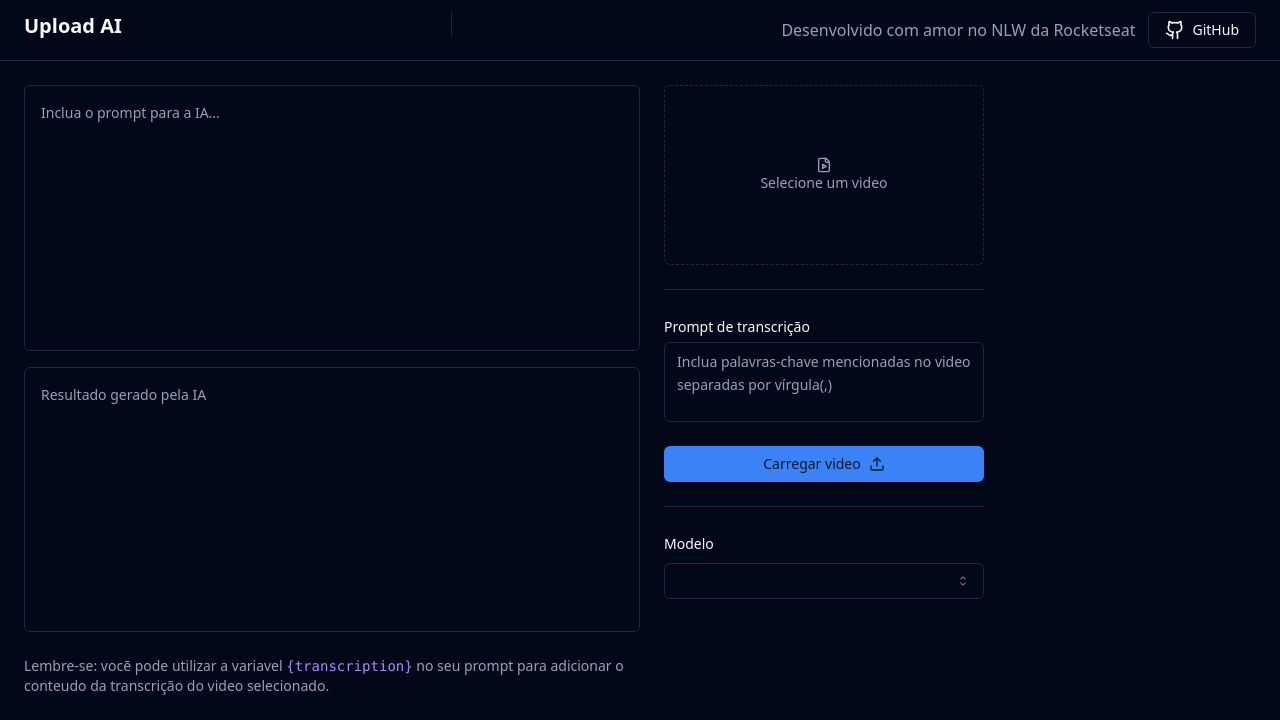
Repository: brksaian/nlw-2023-IA
Page: /
An editor plug-in stored every save of this project. The page is shown before and after the next save, followed by the edit.
The browser window is 1280 px wide. The pictures show the whole page.
The project was rebuilt for these pictures with package versions that can differ from the ones it lists, and the page was loaded fresh each time. Also part of the build but not shown: vite.config.ts.

Above is the page before, as saved 2023-09-12 22:50:15.

After the next save:
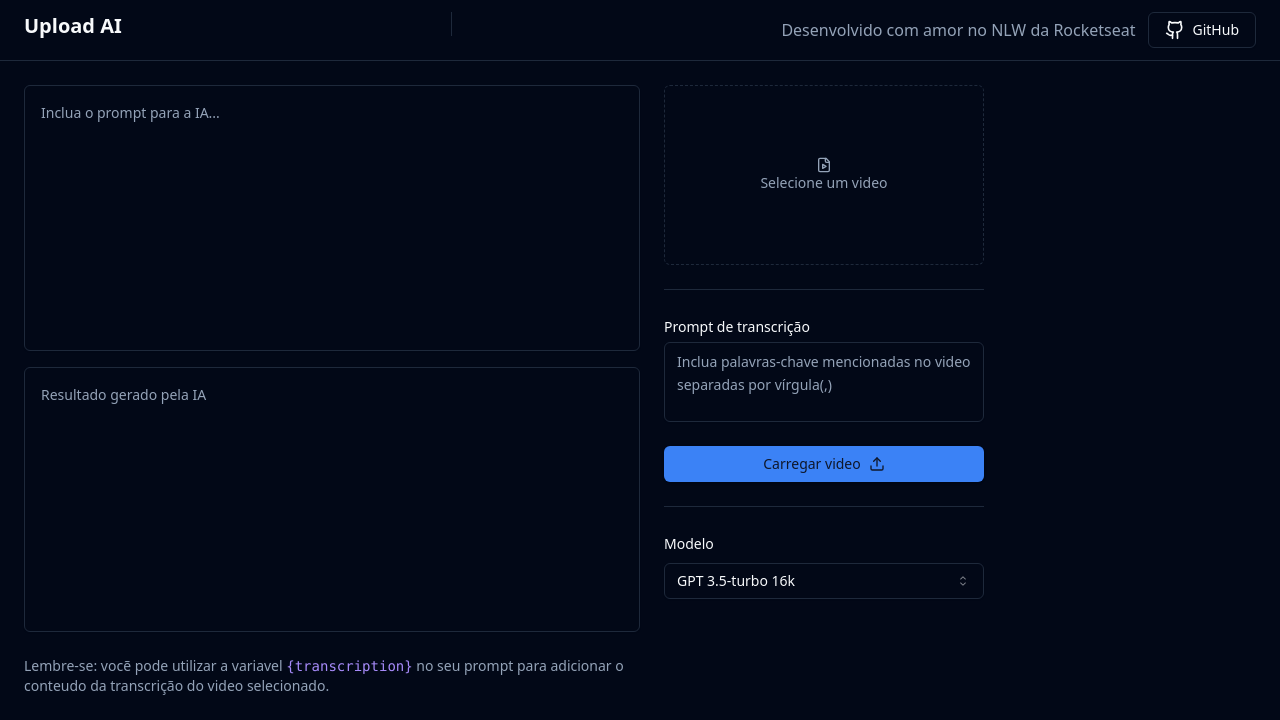
Saved 48 s later.
--- a/src/App.tsx
+++ b/src/App.tsx
@@ -90,7 +90,7 @@ export function App() {
           <form className="space-y-6">
             <div className="space-y-2">
               <Label htmlFor="keywords">Modelo</Label>
-              <Select>
+              <Select defaultValue="gpt3.5">
                 <SelectTrigger>
                   <SelectValue />
                 </SelectTrigger>
